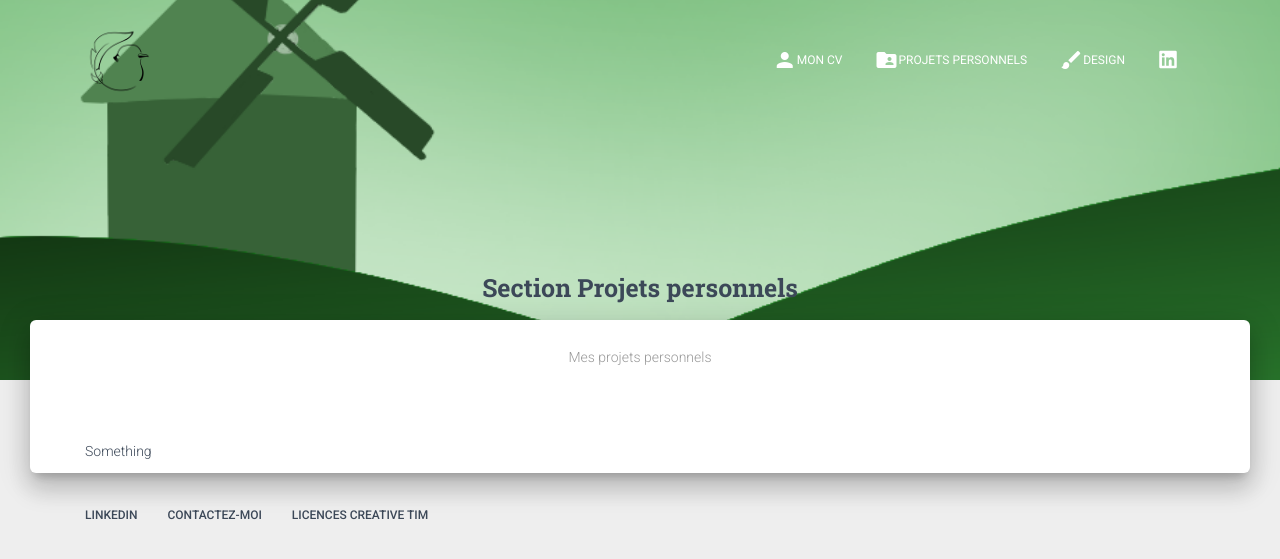
Repository: sdeschaepmeester/NewPortfolio
Page: /#/projects
An editor plug-in stored every save of this project. The page is shown before and after the next save, followed by the edit.
The browser window is 1280 px wide. The pictures show the whole page.
Some web libraries are served in a nearby version. The project was rebuilt for these pictures with package versions that can differ from the ones it lists, and the page was loaded fresh each time. Also part of the build but not shown: vue.config.js, src/views/components/APropos.vue, src/views/components/NavigationSection.vue, src/views/components/SmallNavigationSection.vue, src/components/Dropdown.vue, src/components/Pagination.vue, src/components/Slider.vue, src/components/Badge.vue and 15 more.

Above is the page before, as saved 2022-07-10 19:59:04.

After the next save:
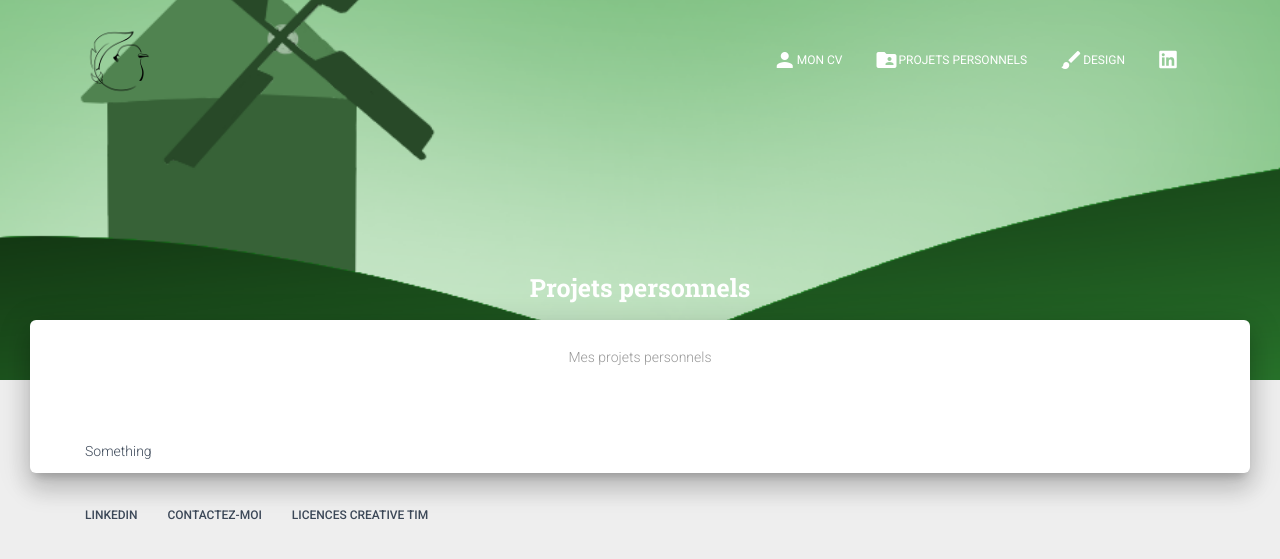
Saved 45 s later.
--- a/src/views/Projects.vue
+++ b/src/views/Projects.vue
@@ -13,7 +13,7 @@
                 <div class="avatar">
                 </div>
                 <div class="name">
-                  <h3 class="title">Section Projets personnels</h3>
+                  <h3 class="title" style="color: white" >Projets personnels</h3>
                 </div>
               </div>
             </div>
